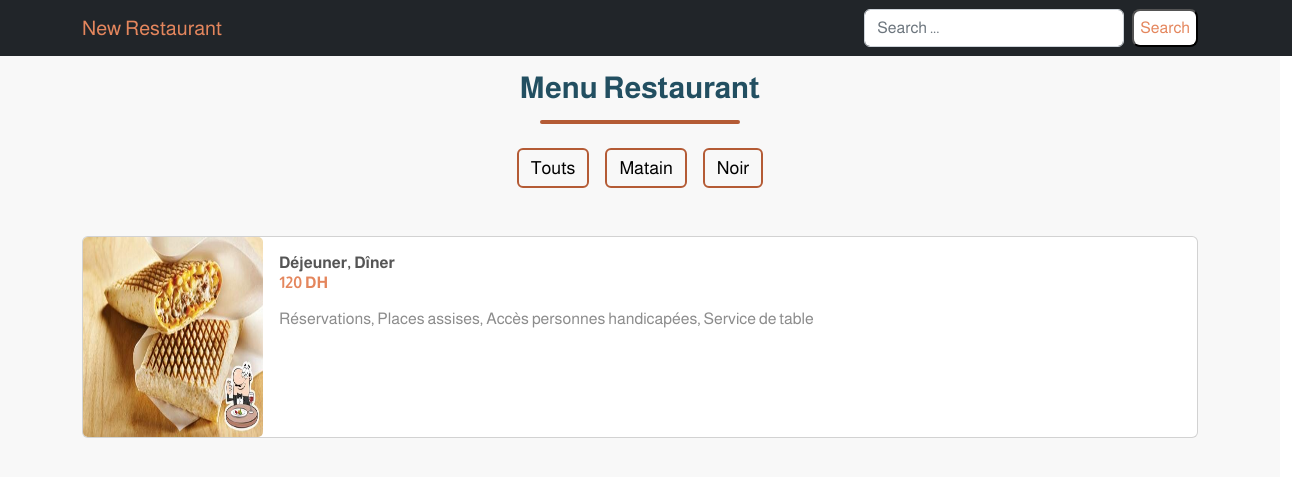
Repository: SD-Mdouka/react-table
Page: /
These files come from the project's save history. The page is drawn as it stood at one moment and after the next save; the edit follows.
The browser window is 1280 px wide. The page is 1292 px wide, so the pictures cover 1292 px, including what lies to the right of the window. The pictures show the whole page.
The project was rebuilt for these pictures with package versions that can differ from the ones it lists, and the page was loaded fresh each time.

Above is the page before, as saved 2022-10-06 17:35:19.

### public/index.html
<!DOCTYPE html>
<html lang="en">

<head>
    <meta charset="utf-8" />
    <link rel="icon" href="%PUBLIC_URL%/favicon.ico" />
    <meta name="viewport" content="width=device-width, initial-scale=1" />
    <meta name="theme-color" content="#000000" />
    <meta name="description" content="Web site created using create-react-app" />
    <link rel="apple-touch-icon" href="%PUBLIC_URL%/logo192.png" />
    <!--
      manifest.json provides metadata used when your web app is installed on a
      user's mobile device or desktop. See https://developers.google.com/web/fundamentals/web-app-manifest/
    -->
    <link rel="manifest" href="%PUBLIC_URL%/manifest.json" />
    <link rel="preconnect" href="https://fonts.googleapis.com" />
    <link rel="preconnect" href="https://fonts.gstatic.com" crossorigin />
    <link href="https://fonts.googleapis.com/css2?family=Almarai:wght@300;400;700;800&family=Cairo:wght@300&display=swap" rel="stylesheet" />

    <link rel="stylesheet" href="https://cdn.jsdelivr.net/npm/bootstrap@5.2.0-beta1/dist/css/bootstrap.min.css" integrity="sha384-0evHe/X+R7YkIZDRvuzKMRqM+OrBnVFBL6DOitfPri4tjfHxaWutUpFmBp4vmVor" crossorigin="anonymous" />
    <title>React App</title>
</head>

<body>
    <noscript>You need to enable JavaScript to run this app.</noscript>
    <div id="root"></div>
    <!--
      This HTML file is a template.
      If you open it directly in the browser, you will see an empty page.

      You can add webfonts, meta tags, or analytics to this file.
      The build step will place the bundled scripts into the <body> tag.

      To begin the development, run `npm start` or `yarn start`.
      To create a production bundle, use `npm run build` or `yarn build`.
    -->
</body>

</html>

### src/App.tsx
import React from "react";
import { Container } from "react-bootstrap";
import "./App.css";
import NavBar from "./components/Navbar";
import Header from "./components/Header";
import Category from "./components/Category";
import ItemsList from "./components/ItemsList";

const App = () => {
  return (
    <div className="color-body font">
      <NavBar />
      <Container>
        <Header />
        <Category />
        <ItemsList />
      </Container>
    </div>
  );
};

export default App;

### src/App.css
.color-body {
    background-color: #f8f8f8;
    height: 100vh;
}

.font {
    font-family: "Almarai", sans-serif;
}

.title {
    color: #224f61;
    font-family: Almarai;
    font-size: 30px;
    font-weight: bold;
    letter-spacing: 0;
    line-height: 64px;
}

.underline {
    height: 1px;
    width: 200px;
    border-radius: 10px;
    border: 2px solid #b45b35;
    background-color: #e4865d;
}

.btn {
    color: black !important;
    font-family: Almarai !important;
    font-size: 18px !important;
    letter-spacing: 0 !important;
    line-height: 24px !important;
    border: 2px solid #b45b35 !important;
}

.btn:hover {
    color: #fff !important;
    font-family: Almarai !important;
    font-size: 18px !important;
    font-weight: bold !important;
    letter-spacing: 0 !important;
    line-height: 24px !important;
    border-radius: 11px !important;
    border: none !important;
    background: #e4865d !important;
    -webkit-border-radius: 11px !important;
    -moz-border-radius: 11px !important;
    -ms-border-radius: 11px !important;
    -o-border-radius: 11px !important;
    transition: all 1s;
    -webkit-transition: all 1s;
    -moz-transition: all 1s;
    -ms-transition: all 1s;
    -o-transition: all 1s;
}

.img-item {
    height: 200px;
    width: 180px;
    border-radius: 5px;
}

.item-description {
    color: #8c8c8c;
    font-family: Almarai;
    font-size: 16px;
    letter-spacing: 0;
    line-height: 20px;
}

.item-title {
    color: #555555;
    font-family: Almarai;
    font-size: 16px;
    font-weight: bold;
    letter-spacing: 0;
    line-height: 20px;
}

.card-color {
    background-color: #f8f8f8;
}

.item-price {
    color: #e4865d;
    font-family: Almarai;
    font-size: 16px;
    font-weight: bold;
    letter-spacing: 0;
    line-height: 20px;
}

.btn-search {
    color: #e4865d;
    border-radius: 3px solid #e4865d;
    border-radius: 8px;
    background-color: white;
    -webkit-border-radius: 3px solid #e4865d;
    -moz-border-radius: 3px solid #e4865d;
    -ms-border-radius: 3px solid #e4865d;
    -o-border-radius: 3px solid #e4865d;
}

.btn-search:hover {
    color: white;
    border-radius: 3px solid white;
    background-color: #e4865d;
    border-radius: 8px;
    -webkit-border-radius: 3px solid white;
    -moz-border-radius: 3px solid white;
    -ms-border-radius: 3px solid white;
    -o-border-radius: 3px solid white;
}

.brand-color {
    color: #e4865d;
}

### src/components/Navbar.tsx
import { Container, Navbar, Row, Nav, Form } from "react-bootstrap";

const NavBar = () => {
  return (
    <Row>
      <Navbar bg="dark" variant="dark">
        <Container>
          <Navbar.Brand href="#">
            <div className="brand-color">New Restaurant</div>
          </Navbar.Brand>
          <Navbar.Toggle aria-controls="navbarScroll" />
          <Navbar.Collapse id="navbarScroll">
            <Nav
              className="me-auto my-2 my-lg-0"
              style={{ maxHeight: "100px" }}
              navbarScroll
            ></Nav>
            <Form className="d-flex">
              <Form.Control
                type="text"
                placeholder="Search ..."
                className="mx-2"
              />
              <button className="btn-search">Search</button>
            </Form>
          </Navbar.Collapse>
        </Container>
      </Navbar>
    </Row>
  );
};

export default NavBar;

### src/components/Header.tsx
import { Row, Col } from "react-bootstrap";

const Header = () => {
  return (
    <Row>
      <Col sm="12" className="justify-content-center text-center">
        <div className="title">Menu Restaurant</div>
        <div className="justify-content-center d-flex">
          <p className="underline"></p>
        </div>
      </Col>
    </Row>
  );
};

export default Header;

### src/components/Category.tsx
import { Row, Col } from "react-bootstrap";

const Category = () => {
  return (
    <Row className="my-2 mb-5">
      <Col sm="12" className="d-flex justify-content-center">
        <div>
          <button className="btn mx-2">Touts</button>
          <button className="btn mx-2">Matain</button>
          <button className="btn mx-2">Noir</button>
        </div>
      </Col>
    </Row>
  );
};

export default Category;

### src/components/ItemsList.tsx
import { Row, Col, Card } from "react-bootstrap";

const ItemsList = () => {
  return (
    <Row className="">
      <Col sm="12" className="mb-3">
        <Card className="d-flex flex-row">
          <Card.Img
            className="img-item"
            variant="top"
            src="ra68-TACOS-DE-LILLE-food.jpg"
          />
          <Card.Body>
            <Card.Title>
              <div className="item-title">Déjeuner, Dîner</div>
              <div className="item-price">120 DH</div>
            </Card.Title>
            <Card.Text className="py-2">
              <div className="item-description">
                Réservations, Places assises, Accès personnes handicapées,
                Service de table
              </div>
            </Card.Text>
          </Card.Body>
        </Card>
      </Col>
    </Row>
  );
};

export default ItemsList;

Loaded but not shown: src/index.tsx (common file); src/index.css (common file); src/reportWebVitals.ts (common file)

After the next save:
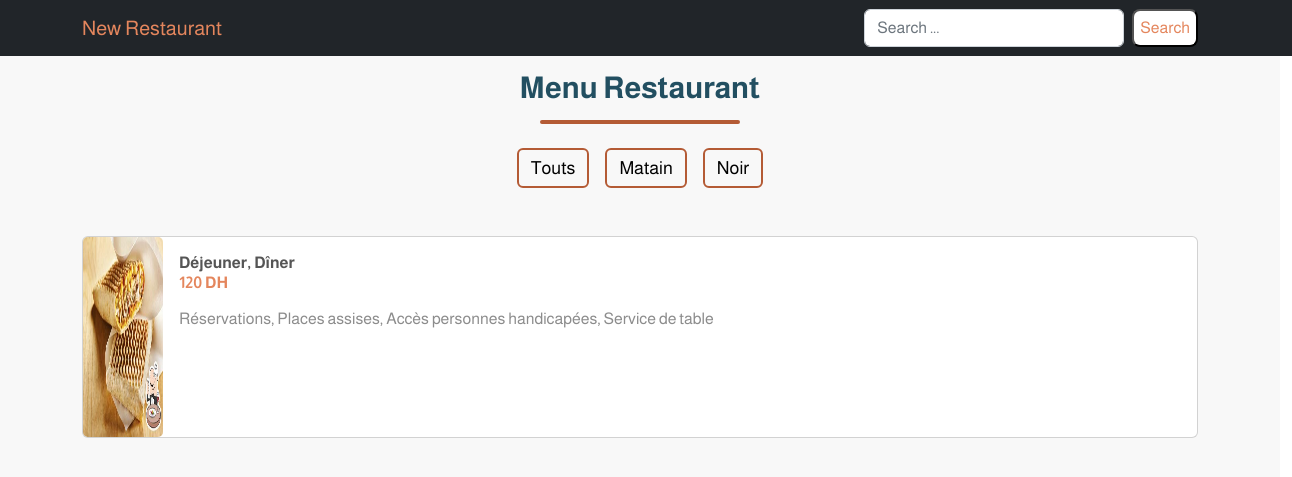
Saved 48 s later.
--- a/src/App.css
+++ b/src/App.css
@@ -56,7 +56,7 @@
 
 .img-item {
     height: 200px;
-    width: 180px;
+    width: 80px;
     border-radius: 5px;
 }
 
